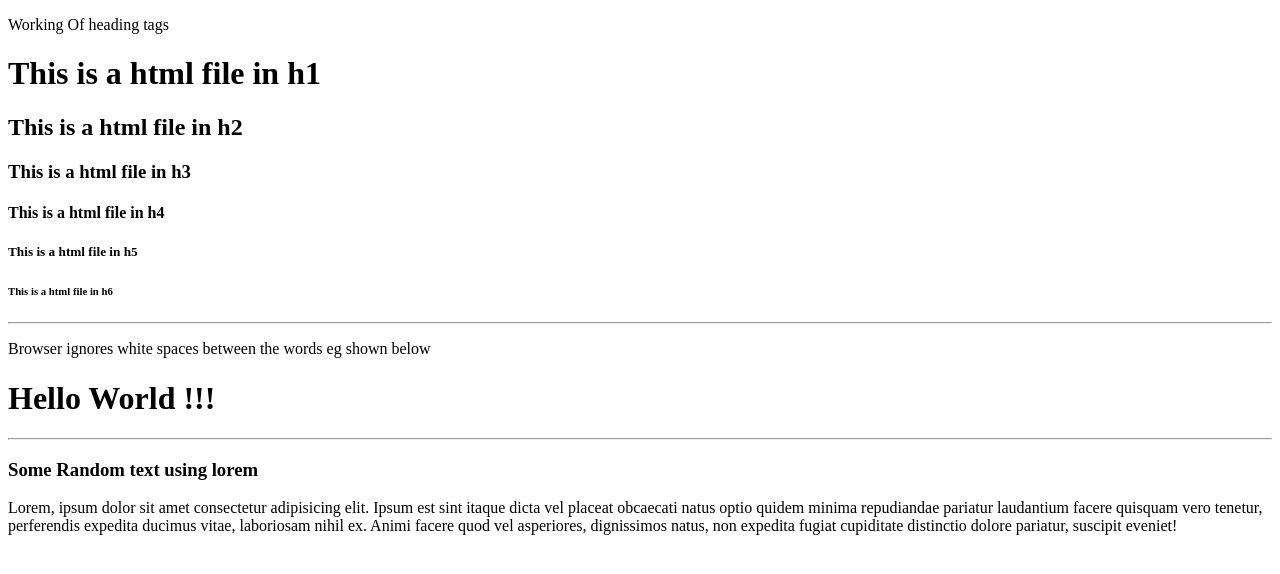
Repository: Datta2901/Basic-Html
Page: HTML.html
These files come from the project's save history. The page is drawn as it stood at one moment and after a run of saves; the edit follows.
The browser window is 1280 px wide. The pictures show the whole page.

Above is the page before, as saved 2021-01-11 15:16:56.

After the next 2 saves:
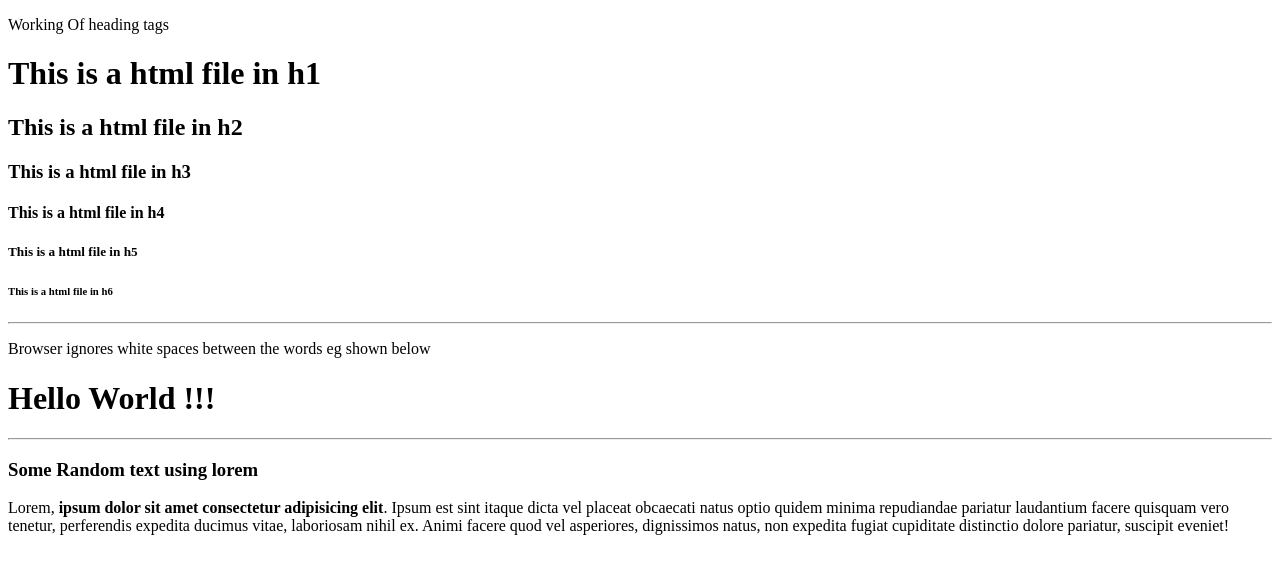
The 2 saves are shown as one change because they came seconds apart.
The last was saved 7 s later.
--- a/HTML.html
+++ b/HTML.html
@@ -17,6 +17,6 @@
         <h1>Hello       World           !!! </h1>
         <hr>
         <h3>Some Random text using lorem</h3>
-        <p>Lorem,<strong></strong> ipsum dolor sit amet consectetur adipisicing elit. Ipsum est sint itaque dicta vel placeat obcaecati natus optio quidem minima repudiandae pariatur laudantium facere quisquam vero tenetur, perferendis expedita ducimus vitae, laboriosam nihil ex. Animi facere quod vel asperiores, dignissimos natus, non expedita fugiat cupiditate distinctio dolore pariatur, suscipit eveniet!</p>
+        <p>Lorem,<strong> ipsum dolor sit amet consectetur adipisicing elit</strong>. Ipsum est sint itaque dicta vel placeat obcaecati natus optio quidem minima repudiandae pariatur laudantium facere quisquam vero tenetur, perferendis expedita ducimus vitae, laboriosam nihil ex. Animi facere quod vel asperiores, dignissimos natus, non expedita fugiat cupiditate distinctio dolore pariatur, suscipit eveniet!</p>
     </body>
 </html>
